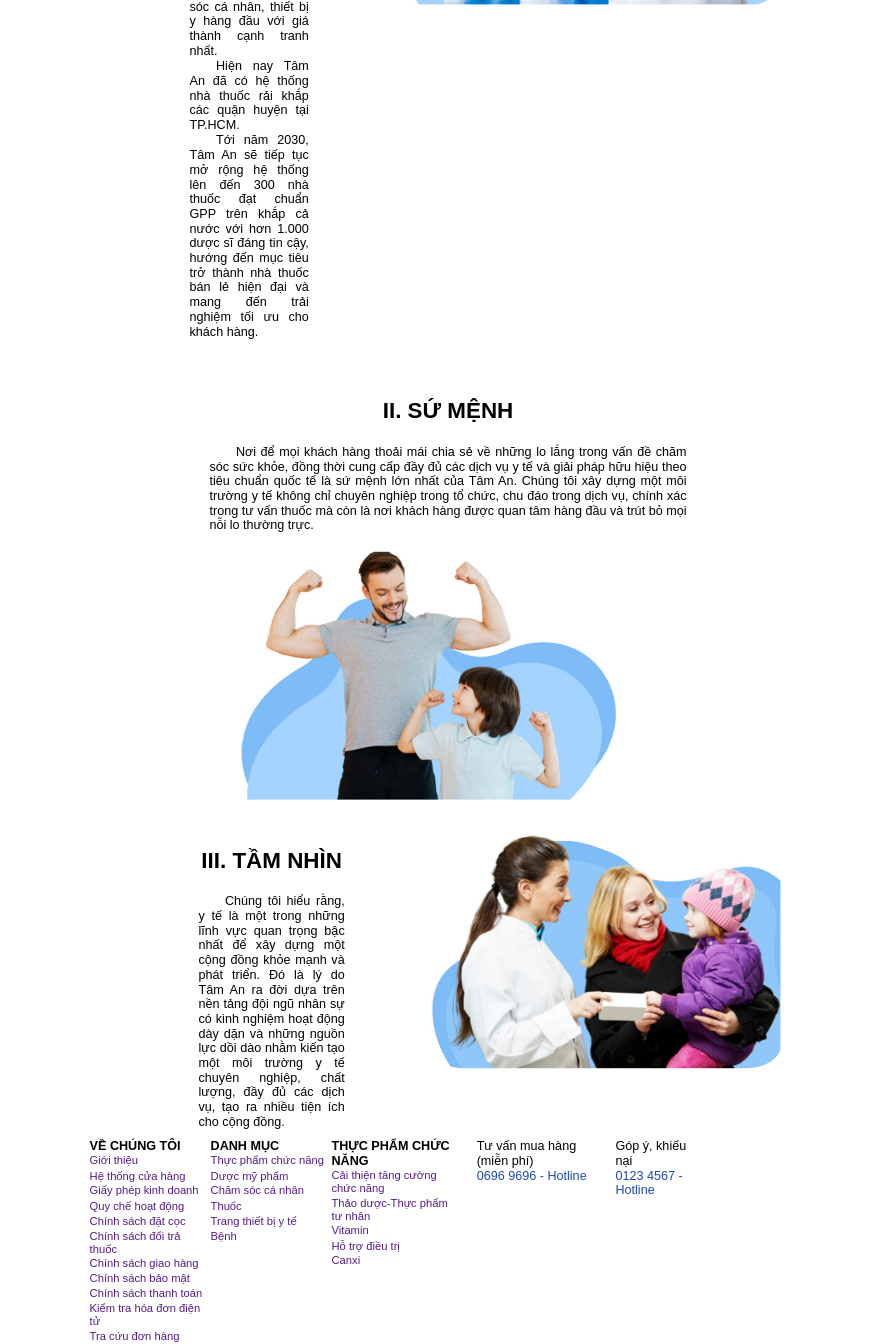
Repository: ViralAIWorks/TamAnPharmacy.github.io
Page: pages/thongtin.html
An editor plug-in stored every save of this project. The page is shown before and after the next save, followed by the edit.
The browser window is 1280 px wide. The pictures show the part of the page from y = 995 to 2915 px (the page is 2915 px tall), at 70% of full size.
Some web fonts or font styles are not loaded; a fallback is used.

Above is the page before, as saved 2022-03-14 10:34:41.

After the next save:
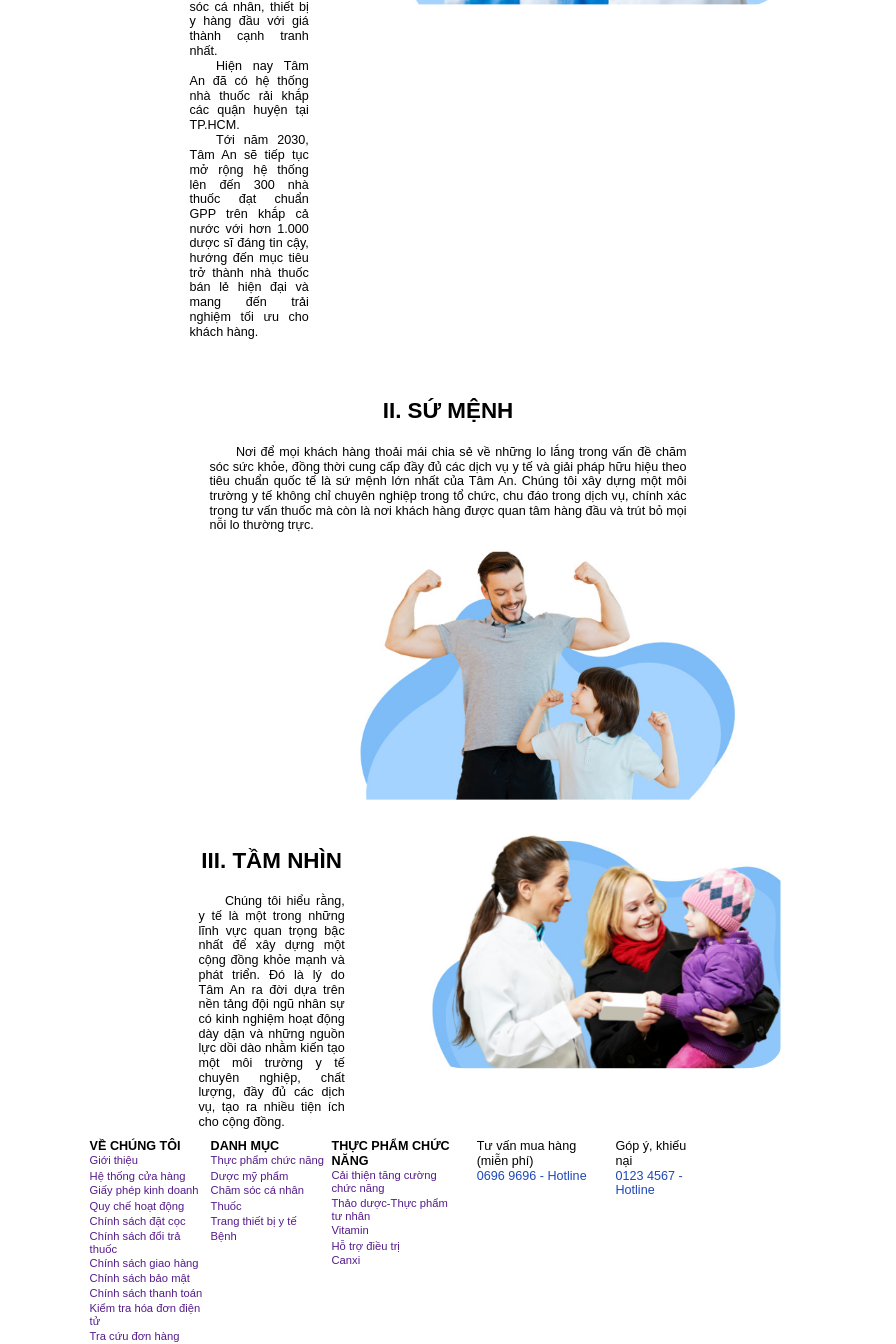
Saved 47 s later.
--- a/pages/thongtin.html
+++ b/pages/thongtin.html
@@ -75,8 +75,10 @@
                         <h3 class="titleSize">II. SỨ MỆNH</h3>
                         <p>Nơi để mọi khách hàng thoải mái chia sẻ về những lo lắng trong vấn đề chăm sóc sức khỏe, đồng thời cung cấp đầy đủ các dịch vụ y tế và giải pháp hữu hiệu theo tiêu chuẩn quốc tế là sứ mệnh lớn nhất của Tâm An. Chúng tôi xây dựng
                             một môi trường y tế không chỉ chuyên nghiệp trong tổ chức, chu đáo trong dịch vụ, chính xác trong tư vấn thuốc mà còn là nơi khách hàng được quan tâm hàng đầu và trút bỏ mọi nỗi lo thường trực.</p>
+                    </div>
+                    <center>
                         <img src="images/4NewInfo/3.png" id="img3-position">
-                    </div>
+                    </center>
                 </div>
             </div>
             <br>
